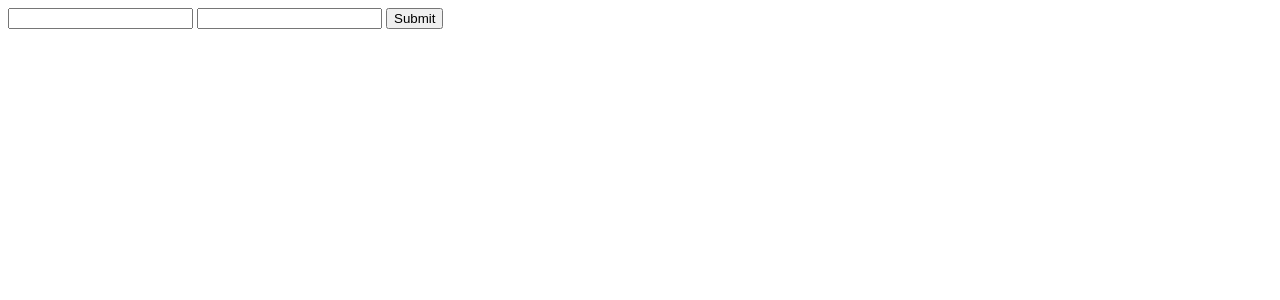
Repository: KaiqueSantos98/alurapic
Page: http://localhost/gerenciador/formNovaEmpresa.jsp
These files come from the project's save history. The page is drawn as it stood at one moment and after the next save; the edit follows.
The browser window is 1280 px wide. The pictures show the whole page.
The page is served by Tomcat 9.

Above is the page before, as saved 2019-09-21 03:41:30.

After the next save:
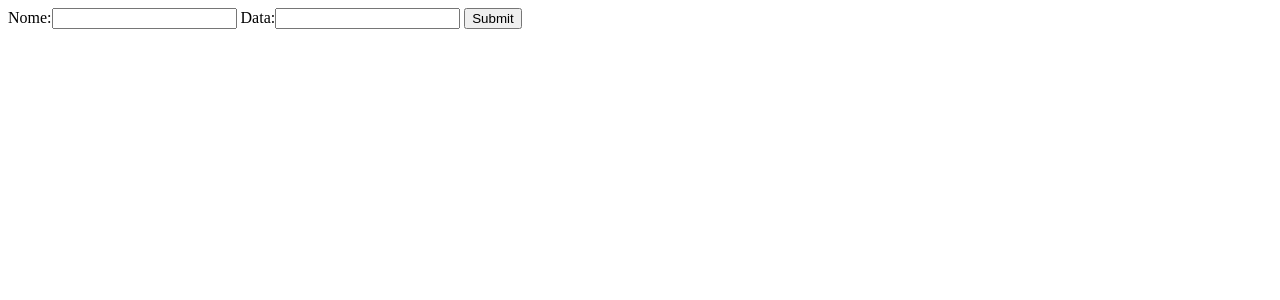
Saved 3 min 46 s later.
--- a/project/servlet/gerenciador/WebContent/formNovaEmpresa.jsp
+++ b/project/servlet/gerenciador/WebContent/formNovaEmpresa.jsp
@@ -10,8 +10,8 @@
 <body>
 
 	<form action="/gerenciador/novaEmpresa" method="post">
-		<input type="text" name="nomeFantasia">
-		<input type="text" name="dataAberturaEmpresa">
+		Nome:<input type="text" name="nomeFantasia">
+		Data:<input type="text" name="dataAberturaEmpresa">
 		<input type="submit">
 	</form>
 

After the save that followed:
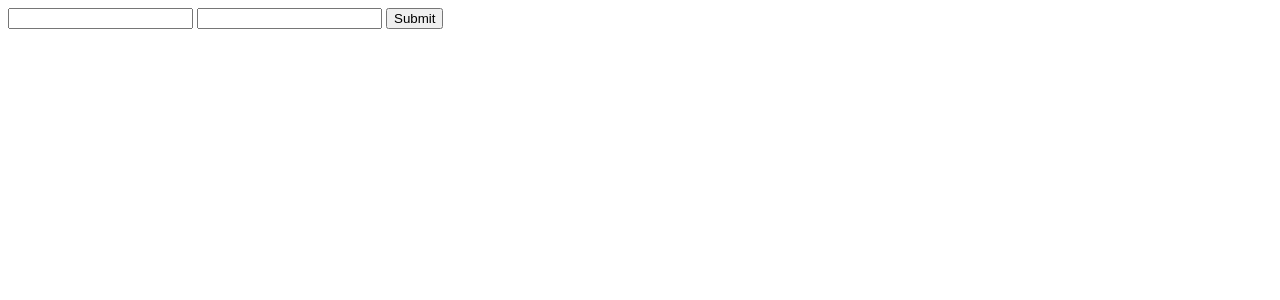
Saved 52 s later.
--- a/project/servlet/gerenciador/WebContent/formNovaEmpresa.jsp
+++ b/project/servlet/gerenciador/WebContent/formNovaEmpresa.jsp
@@ -10,8 +10,8 @@
 <body>
 
 	<form action="/gerenciador/novaEmpresa" method="post">
-		Nome:<input type="text" name="nomeFantasia">
-		Data:<input type="text" name="dataAberturaEmpresa">
+		<input type="text" title="Nome: " name="nomeFantasia">
+		<input type="text" title="Data: " name="dataAberturaEmpresa">
 		<input type="submit">
 	</form>
 
